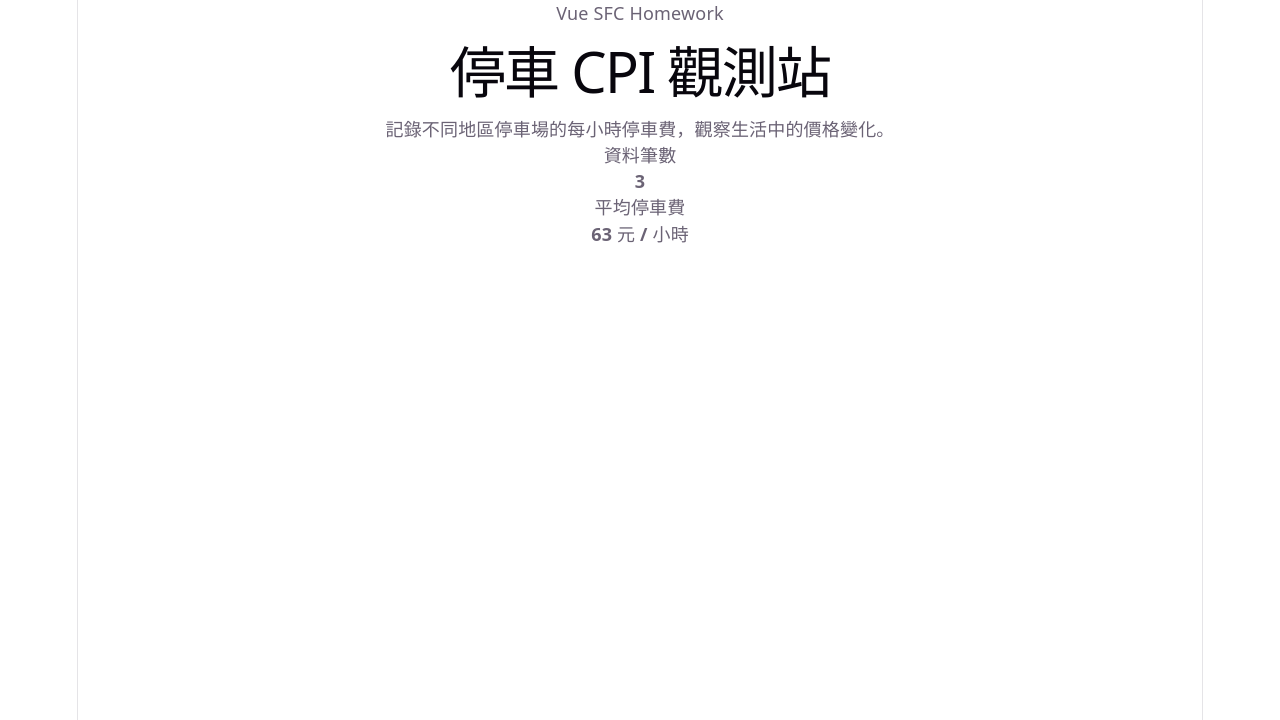
Repository: stewie0901/parking-cpi
Page: /
These files come from the project's save history. The page is drawn as it stood at one moment and after the next save; the edit follows.
The browser window is 1280 px wide. The pictures show the whole page.
The project was rebuilt for these pictures with package versions that can differ from the ones it lists, and the page was loaded fresh each time. Also part of the build but not shown: vite.config.js.

Above is the page before, as saved 2026-06-04 15:01:03.

### index.html
<!doctype html>
<html lang="en">
  <head>
    <meta charset="UTF-8" />
    <link rel="icon" type="image/svg+xml" href="/favicon.svg" />
    <meta name="viewport" content="width=device-width, initial-scale=1.0" />
    <title>parking-cpi</title>
  </head>
  <body>
    <div id="app"></div>
    <script type="module" src="/src/main.js"></script>
  </body>
</html>

### src/style.css
:root {
  --text: #6b6375;
  --text-h: #08060d;
  --bg: #fff;
  --border: #e5e4e7;
  --code-bg: #f4f3ec;
  --accent: #aa3bff;
  --accent-bg: rgba(170, 59, 255, 0.1);
  --accent-border: rgba(170, 59, 255, 0.5);
  --social-bg: rgba(244, 243, 236, 0.5);
  --shadow:
    rgba(0, 0, 0, 0.1) 0 10px 15px -3px, rgba(0, 0, 0, 0.05) 0 4px 6px -2px;

  --sans: system-ui, 'Segoe UI', Roboto, sans-serif;
  --heading: system-ui, 'Segoe UI', Roboto, sans-serif;
  --mono: ui-monospace, Consolas, monospace;

  font: 18px/145% var(--sans);
  letter-spacing: 0.18px;
  color-scheme: light dark;
  color: var(--text);
  background: var(--bg);
  font-synthesis: none;
  text-rendering: optimizeLegibility;
  -webkit-font-smoothing: antialiased;
  -moz-osx-font-smoothing: grayscale;

  @media (max-width: 1024px) {
    font-size: 16px;
  }
}

@media (prefers-color-scheme: dark) {
  :root {
    --text: #9ca3af;
    --text-h: #f3f4f6;
    --bg: #16171d;
    --border: #2e303a;
    --code-bg: #1f2028;
    --accent: #c084fc;
    --accent-bg: rgba(192, 132, 252, 0.15);
    --accent-border: rgba(192, 132, 252, 0.5);
    --social-bg: rgba(47, 48, 58, 0.5);
    --shadow:
      rgba(0, 0, 0, 0.4) 0 10px 15px -3px, rgba(0, 0, 0, 0.25) 0 4px 6px -2px;
  }

  #social .button-icon {
    filter: invert(1) brightness(2);
  }
}

body {
  margin: 0;
}

h1,
h2 {
  font-family: var(--heading);
  font-weight: 500;
  color: var(--text-h);
}

h1 {
  font-size: 56px;
  letter-spacing: -1.68px;
  margin: 32px 0;
  @media (max-width: 1024px) {
    font-size: 36px;
    margin: 20px 0;
  }
}
h2 {
  font-size: 24px;
  line-height: 118%;
  letter-spacing: -0.24px;
  margin: 0 0 8px;
  @media (max-width: 1024px) {
    font-size: 20px;
  }
}
p {
  margin: 0;
}

code,
.counter {
  font-family: var(--mono);
  display: inline-flex;
  border-radius: 4px;
  color: var(--text-h);
}

code {
  font-size: 15px;
  line-height: 135%;
  padding: 4px 8px;
  background: var(--code-bg);
}

.counter {
  font-size: 16px;
  padding: 5px 10px;
  border-radius: 5px;
  color: var(--accent);
  background: var(--accent-bg);
  border: 2px solid transparent;
  transition: border-color 0.3s;
  margin-bottom: 24px;

  &:hover {
    border-color: var(--accent-border);
  }
  &:focus-visible {
    outline: 2px solid var(--accent);
    outline-offset: 2px;
  }
}

.hero {
  position: relative;

  .base,
  .framework,
  .vite {
    inset-inline: 0;
    margin: 0 auto;
  }

  .base {
    width: 170px;
    position: relative;
    z-index: 0;
  }

  .framework,
  .vite {
    position: absolute;
  }

  .framework {
    z-index: 1;
    top: 34px;
    height: 28px;
    transform: perspective(2000px) rotateZ(300deg) rotateX(44deg) rotateY(39deg)
      scale(1.4);
  }

  .vite {
    z-index: 0;
    top: 107px;
    height: 26px;
    width: auto;
    transform: perspective(2000px) rotateZ(300deg) rotateX(40deg) rotateY(39deg)
      scale(0.8);
  }
}

#app {
  width: 1126px;
  max-width: 100%;
  margin: 0 auto;
  text-align: center;
  border-inline: 1px solid var(--border);
  min-height: 100svh;
  display: flex;
  flex-direction: column;
  box-sizing: border-box;
}

#center {
  display: flex;
  flex-direction: column;
  gap: 25px;
  place-content: center;
  place-items: center;
  flex-grow: 1;

  @media (max-width: 1024px) {
    padding: 32px 20px 24px;
    gap: 18px;
  }
}

#next-steps {
  display: flex;
  border-top: 1px solid var(--border);
  text-align: left;

  & > div {
    flex: 1 1 0;
    padding: 32px;
    @media (max-width: 1024px) {
      padding: 24px 20px;
    }
  }

  .icon {
    margin-bottom: 16px;
    width: 22px;
    height: 22px;
  }

  @media (max-width: 1024px) {
    flex-direction: column;
    text-align: center;
  }
}

#docs {
  border-right: 1px solid var(--border);

  @media (max-width: 1024px) {
    border-right: none;
    border-bottom: 1px solid var(--border);
  }
}

#next-steps ul {
  list-style: none;
  padding: 0;
  display: flex;
  gap: 8px;
  margin: 32px 0 0;

  .logo {
    height: 18px;
  }

  a {
    color: var(--text-h);
    font-size: 16px;
    border-radius: 6px;
    background: var(--social-bg);
    display: flex;
    padding: 6px 12px;
    align-items: center;
    gap: 8px;
    text-decoration: none;
    transition: box-shadow 0.3s;

    &:hover {
      box-shadow: var(--shadow);
    }
    .button-icon {
      height: 18px;
      width: 18px;
    }
  }

  @media (max-width: 1024px) {
    margin-top: 20px;
    flex-wrap: wrap;
    justify-content: center;

    li {
      flex: 1 1 calc(50% - 8px);
    }

    a {
      width: 100%;
      justify-content: center;
      box-sizing: border-box;
    }
  }
}

#spacer {
  height: 88px;
  border-top: 1px solid var(--border);
  @media (max-width: 1024px) {
    height: 48px;
  }
}

.ticks {
  position: relative;
  width: 100%;

  &::before,
  &::after {
    content: '';
    position: absolute;
    top: -4.5px;
    border: 5px solid transparent;
  }

  &::before {
    left: 0;
    border-left-color: var(--border);
  }
  &::after {
    right: 0;
    border-right-color: var(--border);
  }
}

### src/App.vue
<script setup>
import { ref, computed } from 'vue'
import HeaderBanner from './components/HeaderBanner.vue'
import SummaryBox from './components/SummaryBox.vue'
import PriceCard from './components/PriceCard.vue'

const parkingList = ref([
  { id: 1, area: '台北信義區', place: '百貨商圈停車場', price: 80 },
  { id: 2, area: '台中逢甲', place: '夜市周邊停車場', price: 60 },
  { id: 3, area: '新北板橋', place: '車站附近停車場', price: 50 }
])

const averagePrice = computed(() => {
  const total = parkingList.value.reduce((sum, item) => sum + item.price, 0)
  return Math.round(total / parkingList.value.length)
})
</script>

<template>
  <HeaderBanner />

  <main class="container">
    <SummaryBox
      :total-count="parkingList.length"
      :average-price="averagePrice"
    />
  </main>
</template>

### src/components/HeaderBanner.vue
<template>
  <header class="hero">
    <p class="tag">Vue SFC Homework</p>
    <h1>停車 CPI 觀測站</h1>
    <p>
      記錄不同地區停車場的每小時停車費，觀察生活中的價格變化。
    </p>
  </header>
</template>

### src/components/SummaryBox.vue
<script setup>
defineProps({
  totalCount: Number,
  averagePrice: Number
})
</script>

<template>
  <section class="summary">
    <div>
      <p>資料筆數</p>
      <strong>{{ totalCount }}</strong>
    </div>

    <div>
      <p>平均停車費</p>
      <strong>{{ averagePrice }} 元 / 小時</strong>
    </div>
  </section>
</template>

### src/components/PriceCard.vue
<script setup>
defineProps({
  parking: Object
})
</script>

<template>
  <div class="card">
    <h3>{{ parking.place }}</h3>

    <p>
      地區：
      {{ parking.area }}
    </p>

    <p>
      停車費：
      {{ parking.price }} 元 / 小時
    </p>
  </div>
</template>

Loaded but not shown: src/main.js (common file)

After the next save:
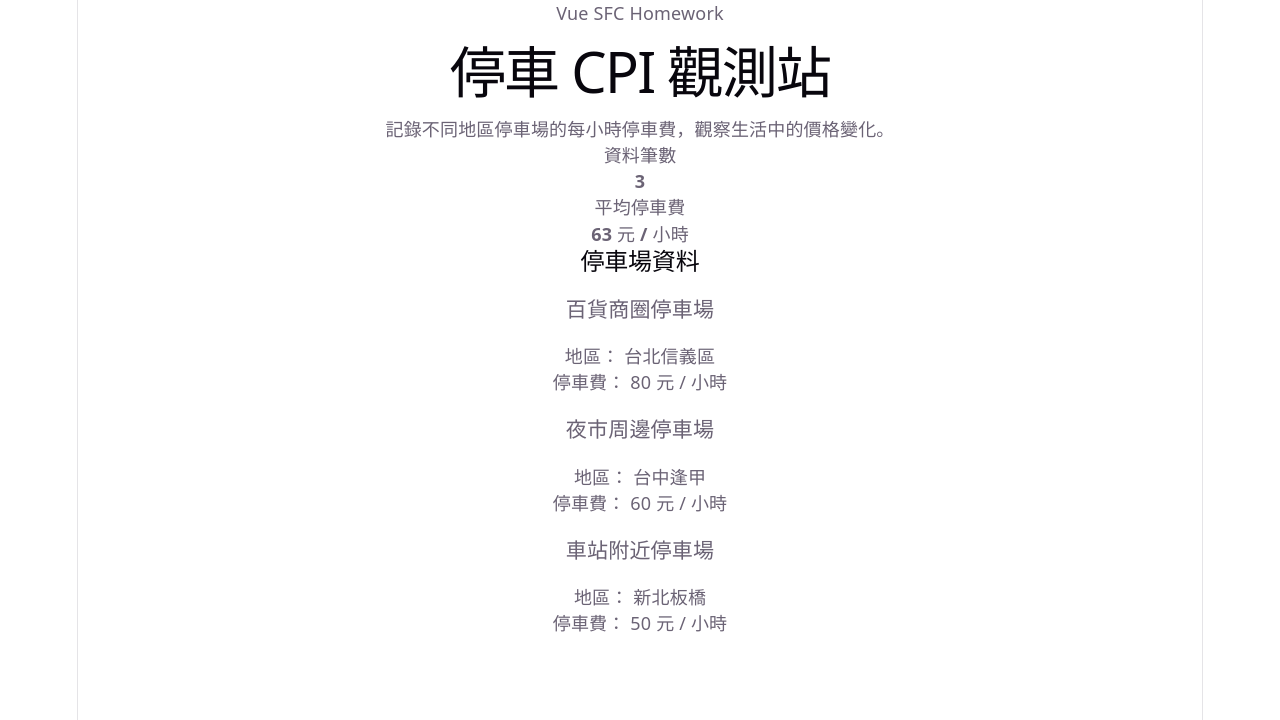
Saved 20 s later.
--- a/src/App.vue
+++ b/src/App.vue
@@ -24,5 +24,13 @@ const averagePrice = computed(() => {
       :total-count="parkingList.length"
       :average-price="averagePrice"
     />
+
+    <h2>停車場資料</h2>
+
+    <PriceCard
+      v-for="item in parkingList"
+      :key="item.id"
+      :parking="item"
+    />
   </main>
 </template>
